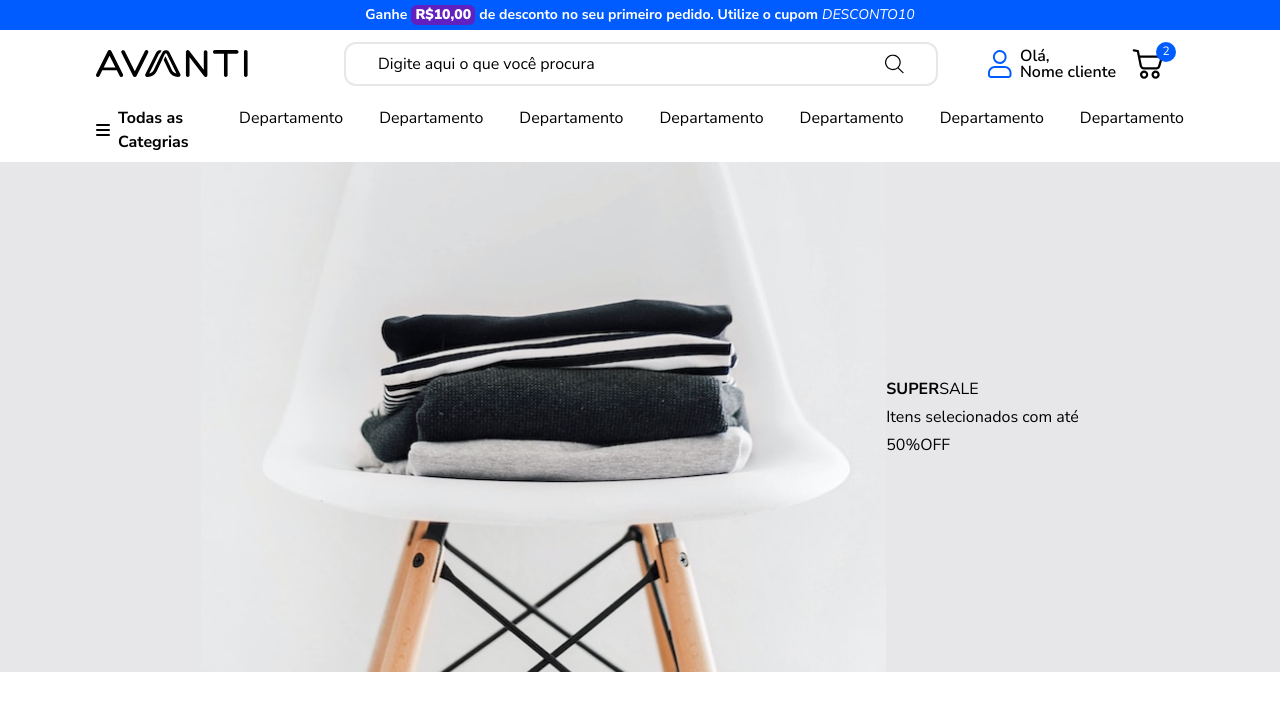
Repository: chidekina/avanti-01
Page: index.html
An editor plug-in stored every save of this project. The page is shown before and after a run of saves, followed by the edit.
The browser window is 1280 px wide. The pictures show the whole page.

Above is the page before, as saved 2025-04-04 14:32:43.

### index.html
<!DOCTYPE html>
<html lang="en">
  <head>
    <meta charset="UTF-8" />
    <meta name="viewport" content="width=device-width, initial-scale=1.0" />
    <script src="https://cdn.jsdelivr.net/npm/@tailwindcss/browser@4"></script>
    <link rel="preconnect" href="https://fonts.googleapis.com">
    <link rel="preconnect" href="https://fonts.gstatic.com" crossorigin>
    <link href="https://fonts.googleapis.com/css2?family=Nunito+Sans:ital,opsz,wght@0,6..12,200..1000;1,6..12,200..1000&family=Nunito:ital,wght@0,200..1000;1,200..1000&display=swap" rel="stylesheet">    <link rel="stylesheet" href="style.css" />
    <title>Avanti</title>
  </head>
  <body>
    <header class="mb-2">
      <h1 class="flex justify-center items-center bg-(--primary-color) text-white text-sm h-[30px] font-bold">
        Ganhe
        <b class="flex justify-center mx-1 bg-[#6220C1] heigth-[16px] w-[64px] rounded-md">R$10,00</b>
        de desconto no seu primeiro pedido. Utilize o cupom
        <i class="font-normal ml-1">DESCONTO10</i>
      </h1>
      <div class="mt-3 mb-5 px-24 flex justify-between w-full">
        <div class="flex gap-24">
          <img src="./assets/logo.svg" alt="Avanti Logo" class="w-[152px]" />
          <label>
            <div class="flex justify-between py-2 border-2 border-solid border-(--bg-color) px-8 rounded-xl cursor-text w-[594px]">
              <input type="text" placeholder="Digite aqui o que você procura" class="placeholder-black outline-none focus:placeholder-transparent w-1/2" />
              <img src="./assets/search.svg" />
            </div>
          </label>
        </div>
        <div class="flex gap-4">
          <div class="flex gap-2 items-center">
            <img src="./assets/user.svg" alt="icone do usuario" class="w-[24px]" />
            <h6 class="leading-none font-semibold">
              Olá,<br />
              Nome cliente
            </h6>
          </div>
          <div class="flex">
            <img src="./assets/cart.svg" alt="imagem de um carrinho de compras" class="w-[32px]" />
            <div class="relative bg-(--primary-color) w-[20px] h-[20px] text-center text-white text-[12px] rounded-full right-2">2</div>
          </div>
        </div>
      </div>
      <div class="flex px-24 w-full">
        <ul class="flex gap-9">
            <a href="#">
              <div class="flex gap-2">
                <img src="./assets/menu-hamburger.svg" alt="menu hamburguer" />
                <h5 class="font-bold">Todas as Categrias</h5>
              </div>
            </a>
            <a href="#"> Departamento </a>
            <a href="#"> Departamento </a>
            <a href="#"> Departamento </a>
            <a href="#"> Departamento </a>
            <a href="#"> Departamento </a>
            <a href="#"> Departamento </a>
            <a href="#"> Departamento </a>
        </ul>
      </div>
    </header>
    <main>
      <section class="flex justify-center items-center w-full height-[510px] bg-(--bg-color) font-(--font-secondary)">
        <img src="./assets/chair.svg" alt="Foto de uma cadeira com roupas dobradas em cima" />
        <div class="flex flex-col gap-1">
          <h1 class="font-[100px]">
            <b>SUPER</b>SALE
          </h1>
          <h4>
            Itens selecionados com até
          </h4>
          <h4>
            50%OFF
          </h4>
        </div>
      </section>
    </main>
  </body>
</html>

### style.css
:root {
    font-family: "Nunito Sans", sans-serif;
    --primary-color: #005CFF;
    --bg-color: #E7E7EA;
    --font-secondary: "Nunito", sans-serif;
}

After the next 2 saves:
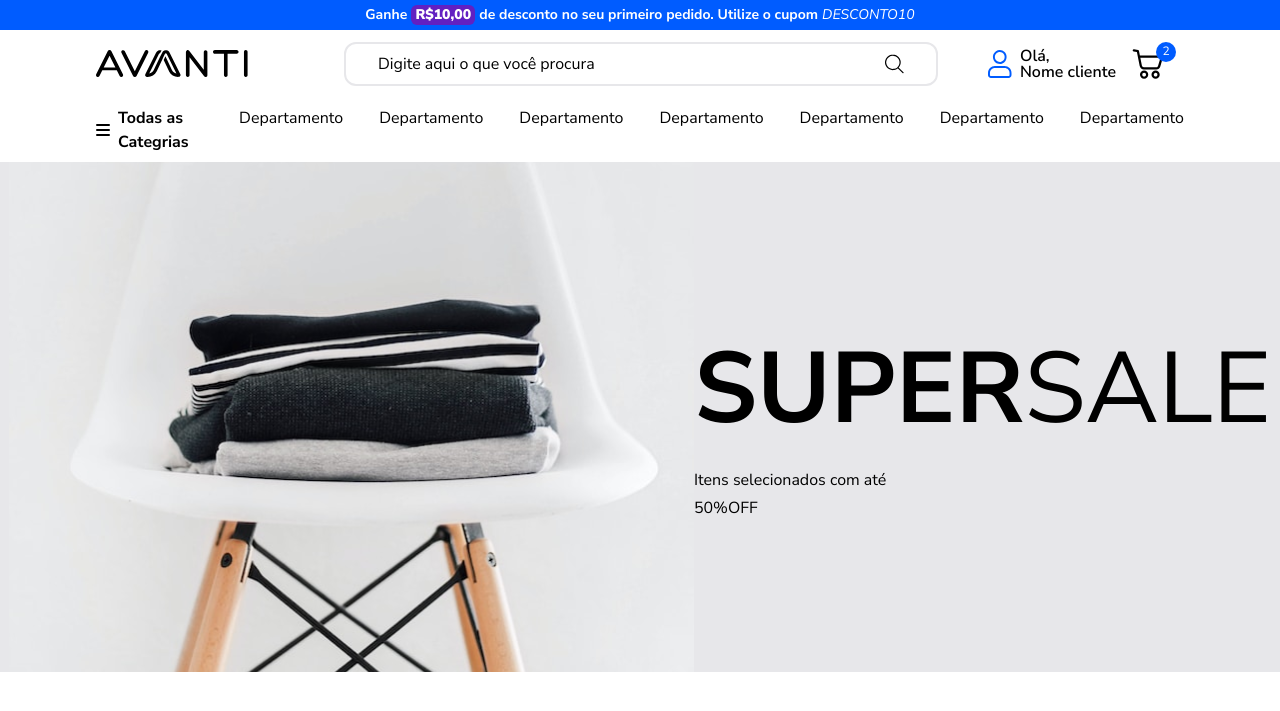
The 2 saves are shown as one change because they came seconds apart.
The last was saved 19 s later.
--- a/index.html
+++ b/index.html
@@ -63,7 +63,7 @@
       <section class="flex justify-center items-center w-full height-[510px] bg-(--bg-color) font-(--font-secondary)">
         <img src="./assets/chair.svg" alt="Foto de uma cadeira com roupas dobradas em cima" />
         <div class="flex flex-col gap-1">
-          <h1 class="font-[100px]">
+          <h1 class="text-[100px]">
             <b>SUPER</b>SALE
           </h1>
           <h4>
